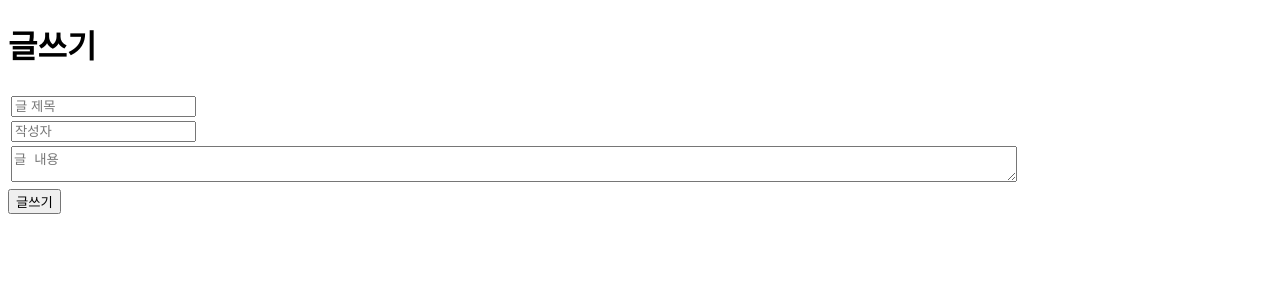
Repository: jsy8315/KOPO_SPRING
Page: http://localhost/jsp_assignFinal/write_view.jsp
These files come from the project's save history. The page is drawn as it stood at one moment and after the next save; the edit follows.
The browser window is 1280 px wide. The pictures show the whole page.
The page is served by Tomcat 10. Other server files are loaded and not shown.

Above is the page before, as saved 2023-06-29 07:00:17.

### jsp_assignFinal/src/main/webapp/write_view.jsp
<%@ page language="java" contentType="text/html; charset=UTF-8" pageEncoding="UTF-8" %>
<!DOCTYPE html>
<%@ page import="java.io.PrintWriter" %>
<html>
<head>
    <meta http-equiv="Content-Type" content="text/html; charset=UTF-8">
    <title>JSP 게시판 - 글쓰기</title>
</head>
<body>
    <h1>글쓰기</h1>
    <div class="row">
    <form action="write.do" method="post">
    	<table class="table table-striped" style="text-align: left; boarder:1px solid #ccc">
        	<thead>
        		<tr>
        			<th colspan="2" style="background-color:#eeeee; text-align: center;"></th>
        		</tr>
        	</thead>
        	<tbody>
        		<tr>
        			<td><input type="text" class="form-control" placeholder="글 제목" name="bTitle" maxlength="50"></td>
        		</tr>
        		<tr>
        			<td><input type="text" class="form-control" placeholder="작성자" name="bName" maxlength="50"></td>
        		</tr>
        		<tr>
        			<td><textarea class="form-control" placeholder="글 내용" name="bContent" maxlength="1000" style="width:1000px;, height: 500px;"></textarea></td>
        		</tr>
        	</tbody>
        </table>
	    <input type="submit" class="btn btn-primary pull-right" value="글쓰기">
	</form>
	</div>

</body>
</html>

After the next save:
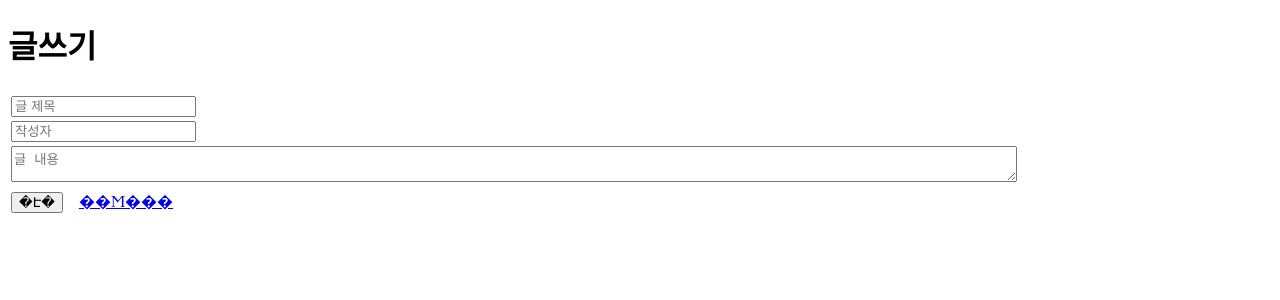
Saved 86 s later.
--- a/jsp_assignFinal/src/main/webapp/write_view.jsp
+++ b/jsp_assignFinal/src/main/webapp/write_view.jsp
@@ -26,9 +26,10 @@
         		<tr>
         			<td><textarea class="form-control" placeholder="글 내용" name="bContent" maxlength="1000" style="width:1000px;, height: 500px;"></textarea></td>
         		</tr>
+        		<tr>
+					<td colspan="2"> <input type="submit" value="�Է�"> &nbsp;&nbsp; <a href="list.do">��Ϻ���</a></td>        		</tr>
         	</tbody>
         </table>
-	    <input type="submit" class="btn btn-primary pull-right" value="글쓰기">
 	</form>
 	</div>
 
